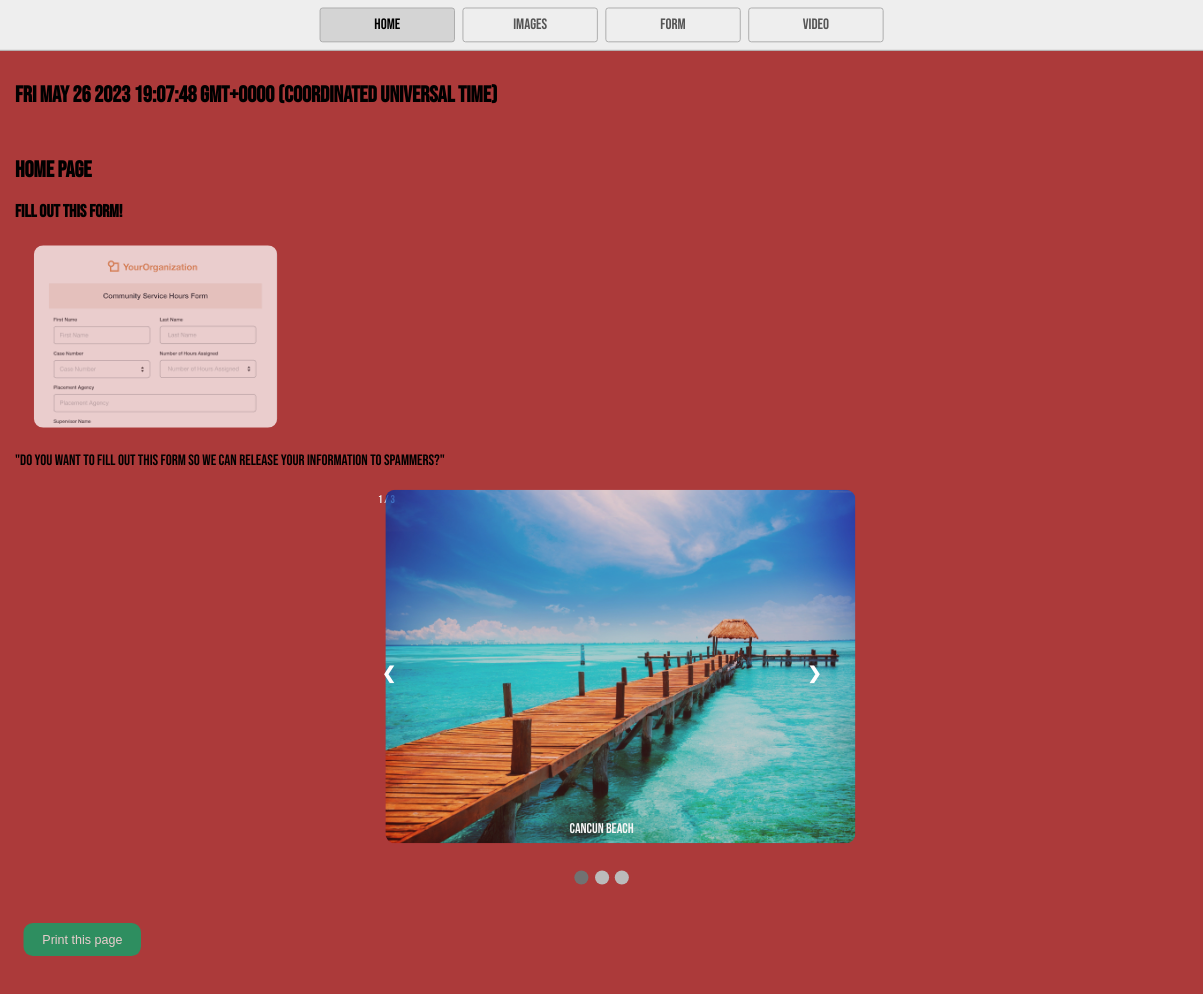
Repository: sebas6292/palmTree-Final
Page: Home.html
The author's editor kept a copy of each file at every save. The page is drawn from the files as they stood at one save, then again after the next save.
The browser window is 1280 px wide. The pictures show the whole page, at 94% of full size.

Above is the page before, as saved 2023-06-03 16:45:43.

### Home.html
<!DOCTYPE html>
<html lang="en">
  <head>
    <title>Jeff's Final</title>
    <meta charset=" UTF-8" />
    <meta name="viewport" content="width=device-width" />
  <link rel="icon" href="/Assets/favicon.jpg" type="image/x-icon">
    <link rel="preconnect" href="https://fonts.googleapis.com">
    <link rel="preconnect" href="https://fonts.gstatic.com" crossorigin>
    <link href="https://fonts.googleapis.com/css2?family=Bebas+Neue&display=swap" rel="stylesheet">
    <link rel="stylesheet" href="styles.css" />
    <script type="module" src="script.js"></script>
  </head>
  <body>
    <nav>
      <a href="/Home.html" aria-current="page">Home</a>
      <a href="/Images.html">Images</a>
      <a href="/Form.html">Form</a>
      <a href="/Video.html">Video</a>
    </nav>
    <main>
      <h1 id="currentDate">

      </h1>

        <br>
      <h1>Home page</h1>
      <div>
        <h3>Fill out this Form!</h3>
        <a
          href="/Form.html"
        >
          <img src="./Assets/form.png" />
        </a>
        <p>"Do you want to fill out this form so we can release your information to spammers?"</p>
      </div>
      <!-- Slideshow container -->
<div class="slideshow-container">

  <!-- Full-width images with number and caption text -->
  <div class="mySlides fade">
    <div class="numbertext">1 / 3</div>
    <img src="/Assets/CancunBeach.jpeg" style="width:100%">
    <div class="text">Cancun Beach</div>
  </div>

  <div class="mySlides fade">
    <div class="numbertext">2 / 3</div>
    <img src="/Assets/PhilipinesBeach.jpeg" style="width:100%">
    <div class="text">Philipines Beach</div>
  </div>

  <div class="mySlides fade">
    <div class="numbertext">3 / 3</div>
    <img src="/Assets/FijiBeach.jpeg" style="width:100%">
    <div class="text">Fiji Beach</div>
  </div>

  <!-- Next and previous buttons -->
  <a class="prev" onclick="plusSlides(-1)">&#10094;</a>
  <a class="next" onclick="plusSlides(1)">&#10095;</a>
</div>
<br>

<!-- The dots/circles -->
<div style="text-align:center">
  <span class="dot" onclick="currentSlide(1)"></span>
  <span class="dot" onclick="currentSlide(2)"></span>
  <span class="dot" onclick="currentSlide(3)"></span>
</div>
    </main>
    <button onclick="window.print()">Print this page</button>
  </body>
</html>

### styles.css
* {
    box-sizing: border-box;
  }

/* Slideshow container */
.slideshow-container {
  max-width: 500px;
  position: relative;
  margin: auto;
}

/* Hide the images by default */
.mySlides {
  display: none;
}

/* Next & previous buttons */
.prev, .next {
  cursor: pointer;
  position: absolute;
  top: 50%;
  width: auto;
  margin-top: -22px;
  padding: 16px;
  color: white;
  font-weight: bold;
  font-size: 18px;
  transition: 0.6s ease;
  border-radius: 0 3px 3px 0;
  user-select: none;
}

/* Position the "next button" to the right */
.next {
  right: 0;
  border-radius: 3px 0 0 3px;
}

/* On hover, add a black background color with a little bit see-through */
.prev:hover, .next:hover {
  background-color: rgba(0,0,0,0.8);
}

/* Caption text */
.text {
  color: whitesmoke;
  font-size: 15px;
  padding: 8px 12px;
  position: absolute;
  bottom: 8px;
  width: 100%;
  text-align: center;
}

/* Number text (1/3 etc) */
.numbertext {
  color: #f2f2f2;
  font-size: 12px;
  padding: 8px 12px;
  position: absolute;
  top: 0;
}

/* The dots/bullets/indicators */
.dot {
  cursor: pointer;
  height: 15px;
  width: 15px;
  margin: 0 2px;
  background-color: #bbb;
  border-radius: 50%;
  display: inline-block;
  transition: background-color 0.6s ease;
}

.active, .dot:hover {
  background-color: #717171;
}

/* Fading animation */
.fade {
  animation-name: fade;
  animation-duration: 1.5s;
}

@keyframes fade {
  from {opacity: .4}
  to {opacity: 1}
}


  body {
    margin: 0;
    font-family: 'Bebas Neue', sans-serif;
    color: black;
    background-color: white;
  }
  @keyframes body {
    0%   {background-color: white;}
    25%  {background-color: brown}
    50%  {background-color: purple;}
    100% {background-color: black;}
  }
  body {
    background-color: white;
    animation-name: body;
    animation-duration: 30s;
  }

  nav {
    display: flex;
    flex-wrap: wrap;
    align-items: center;
    justify-content: center;
    padding: 0.5rem;
    gap: 0.5rem;
    border-bottom: solid 1px #aaa;
    background-color: #eee;
  }

  nav a {
    display: inline-block;
    min-width: 9rem;
    padding: 0.5rem;
    border-radius: 0.2rem;
    border: solid 1px #aaa;
    text-align: center;
    text-decoration: none;
    color: #555;
  }

  nav a[aria-current='page'] {
    color: #000;
    background-color: #d4d4d4;
  }

  main {
    padding: 1rem;
  }

  h1 {
    font-weight: bold;
    font-size: 1.5rem;
  }
  .form-title {
    margin-left: 57px;
    color: whitesmoke;
    padding-top: 15px;
  }

  .bg-img {
    background-image: url('/Assets/pier2.jpeg');
    height: 500px;
    border-radius: 10px;
  }

  .form-container {
    position: absolute;
    margin: 0 0 0 40px;
    max-width: 400px;
    padding: 24px;
    background-color: whitesmoke;
    border-radius: 10px;
  }
  input[type=text], input[type=password], input[id=comment] {
    width: 100%;
    padding: 10px;
    border: none;
    background: #f1f1f1;
    border-radius: 5px;
  }

  button {
    background-color: #04AA6D;
    padding: 10px 20px 10px 20px;
    margin: 20px 0px 40px 25px;
    border-radius: 10px;
    cursor: pointer;
    color: white;
    border: none;
    opacity: 0.75;
  }
  button:hover {
    opacity: 1.25;
  }
  .btn {
    background-color: #04AA6D;
    color: white;
    margin-bottom: .5rem ;
    padding: 5px 0 5px 0;
    border: none;
    cursor: pointer;
    border-radius: 5px;
    width: 100%;
    opacity: 0.75;
  }
  .btn:hover {
    opacity: 1;
  }
  img {
    border-radius: 10px;
    margin: 5px 0 5px 20px;
    opacity: .75;
  }
  img:hover {
    opacity: 1;
    width: 300px;
  }
  .video-title {
   margin: 0px 0 0 20px;
   padding-top: 20px;
  }

  video {
    margin: 20px 0 0 15px;
    border-radius: 10px;
  }

### script.js
const displayDate = document.getElementById("currentDate");
displayDate.innerHTML = Date();

          let slideIndex = 1;
showSlides(slideIndex);

// Next/previous controls
function plusSlides(n) {
  showSlides(slideIndex += n);
}

// Thumbnail image controls
function currentSlide(n) {
  showSlides(slideIndex = n);
}

function showSlides(n) {
  let i;
  let slides = document.getElementsByClassName("mySlides");
  let dots = document.getElementsByClassName("dot");
  if (n > slides.length) {slideIndex = 1}
  if (n < 1) {slideIndex = slides.length}
  for (i = 0; i < slides.length; i++) {
    slides[i].style.display = "none";
  }
  for (i = 0; i < dots.length; i++) {
    dots[i].className = dots[i].className.replace(" active", "");
  }
  slides[slideIndex-1].style.display = "block";
  dots[slideIndex-1].className += " active";
}

After the next save:
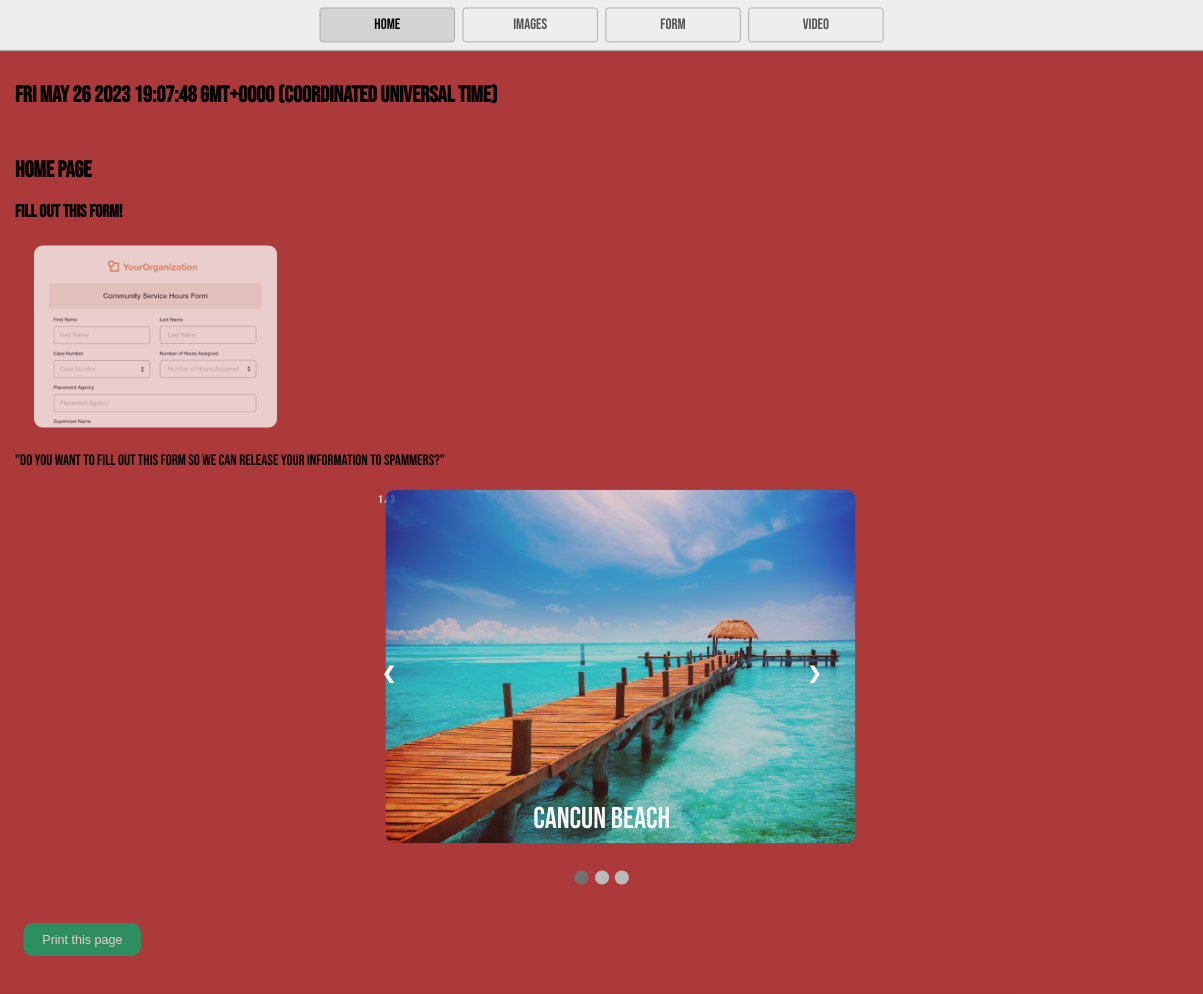
Saved 22 s later.
--- a/styles.css
+++ b/styles.css
@@ -44,7 +44,7 @@
 /* Caption text */
 .text {
   color: whitesmoke;
-  font-size: 15px;
+  font-size: 2rem;
   padding: 8px 12px;
   position: absolute;
   bottom: 8px;
